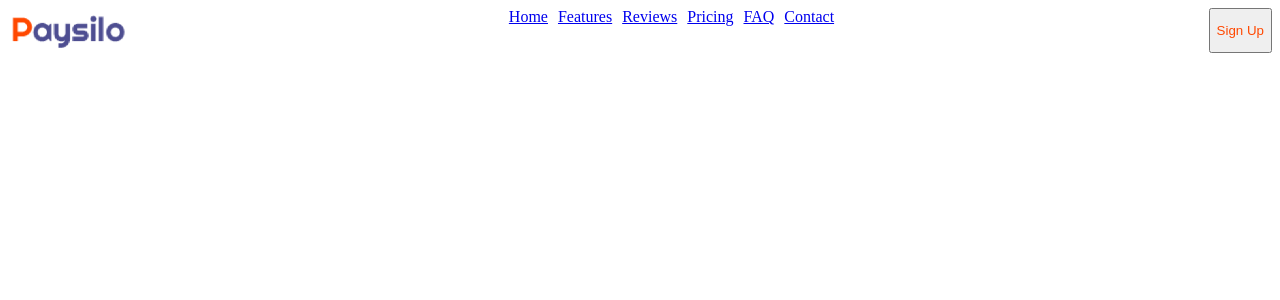
Repository: albertstepanek/test123
Page: index.html
These files come from the project's save history. The page is drawn as it stood at one moment and after the next save; the edit follows.
The browser window is 1280 px wide. The pictures show the whole page.

Above is the page before, as saved 2023-06-16 10:27:29.

After the next save:
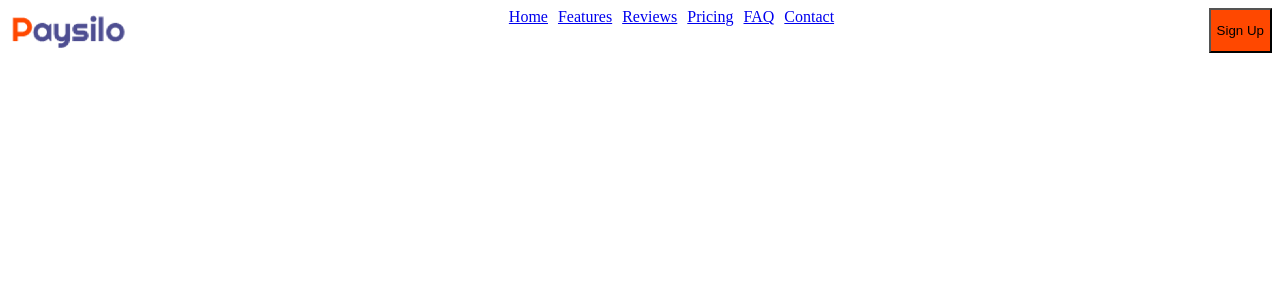
Saved 14 s later.
--- a/styles.css
+++ b/styles.css
@@ -20,5 +20,5 @@
     }
     .navbutton {
 
-        color: #FF4800        ;
+        background-color: #FF4800        ;
     }
